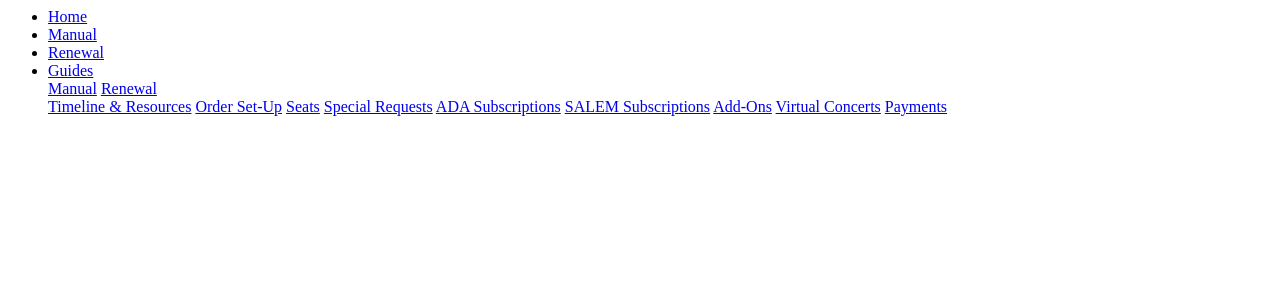
Repository: muesinga/ticketoffice-dot-info
Page: components/nav.html
An editor plug-in stored every save of this project. The page is shown before and after the next save, followed by the edit.
The browser window is 1280 px wide. The pictures show the whole page.

Above is the page before, as saved 2022-06-10 12:32:02.

### components/nav.html
<nav>
    <ul id="navlink-container">
        <li><a class="navlink" href="../index.html">Home</a></li>
        <li><a class="navlink" href="../guides/manual.html">Manual</a></li>
        <li><a class="navlink" href="../guides/renewal.html">Renewal</a></li>
        <li class="dropdown">
        <a href="javascript:void(0)" class="dropbtn">Guides</a>
            <div class="dropdown-content">
            <a href="../guides/manual.html">Manual</a>
                <a href="../guides/renewal.html" class="dropbtn">Renewal</a>
                <div class="dropdown-content">
                    <a href="#timeline" class="w3-bar-item w3-button">Timeline & Resources</a>
                    <a href="#set-up" class="w3-bar-item w3-button">Order Set-Up</a>
                    <a href="#seats" class="w3-bar-item w3-button">Seats</a>
                    <a href="#requests" class="w3-bar-item w3-button">Special Requests</a>
                    <a href="#ada-subs" class="w3-bar-item w3-button">ADA Subscriptions</a>
                    <a href="#salem-subs" class="w3-bar-item w3-button">SALEM Subscriptions</a>
                    <a href="#add-ons" class="w3-bar-item w3-button">Add-Ons</a>
                    <a href="#virtual-concerts" class="w3-bar-item w3-button">Virtual Concerts</a>
                    <a href="#payments" class="w3-bar-item w3-button">Payments</a>
                </div>
            </div>
        </div>
        </li>
    </ul>
</nav>

After the next save:
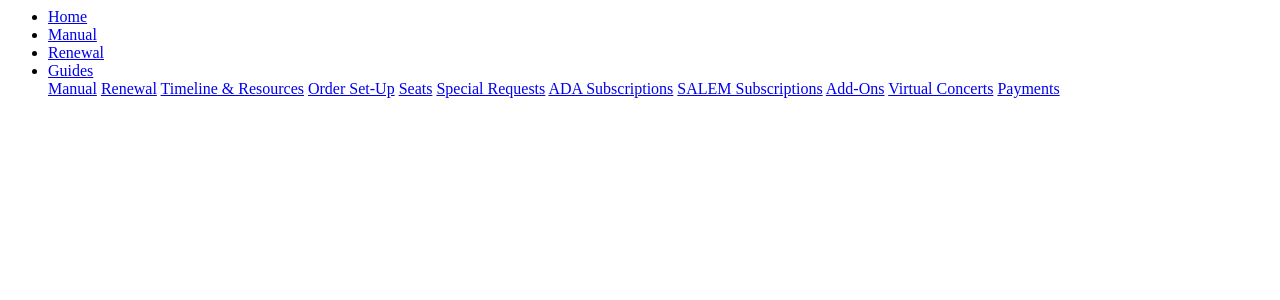
Saved 8 s later.
--- a/components/nav.html
+++ b/components/nav.html
@@ -8,7 +8,7 @@
             <div class="dropdown-content">
             <a href="../guides/manual.html">Manual</a>
                 <a href="../guides/renewal.html" class="dropbtn">Renewal</a>
-                <div class="dropdown-content">
+                <!-- <div class="dropdown-content"> -->
                     <a href="#timeline" class="w3-bar-item w3-button">Timeline & Resources</a>
                     <a href="#set-up" class="w3-bar-item w3-button">Order Set-Up</a>
                     <a href="#seats" class="w3-bar-item w3-button">Seats</a>

After the save that followed:
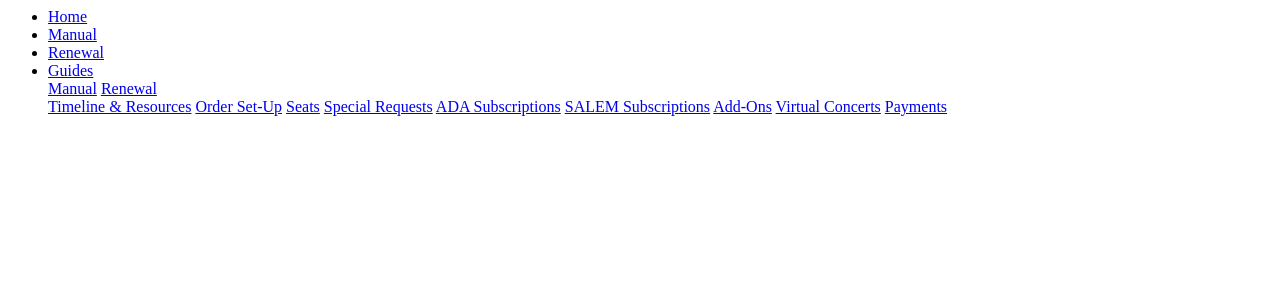
Saved 9 s later.
--- a/components/nav.html
+++ b/components/nav.html
@@ -8,7 +8,7 @@
             <div class="dropdown-content">
             <a href="../guides/manual.html">Manual</a>
                 <a href="../guides/renewal.html" class="dropbtn">Renewal</a>
-                <!-- <div class="dropdown-content"> -->
+                <div class="dropdown-content">
                     <a href="#timeline" class="w3-bar-item w3-button">Timeline & Resources</a>
                     <a href="#set-up" class="w3-bar-item w3-button">Order Set-Up</a>
                     <a href="#seats" class="w3-bar-item w3-button">Seats</a>
